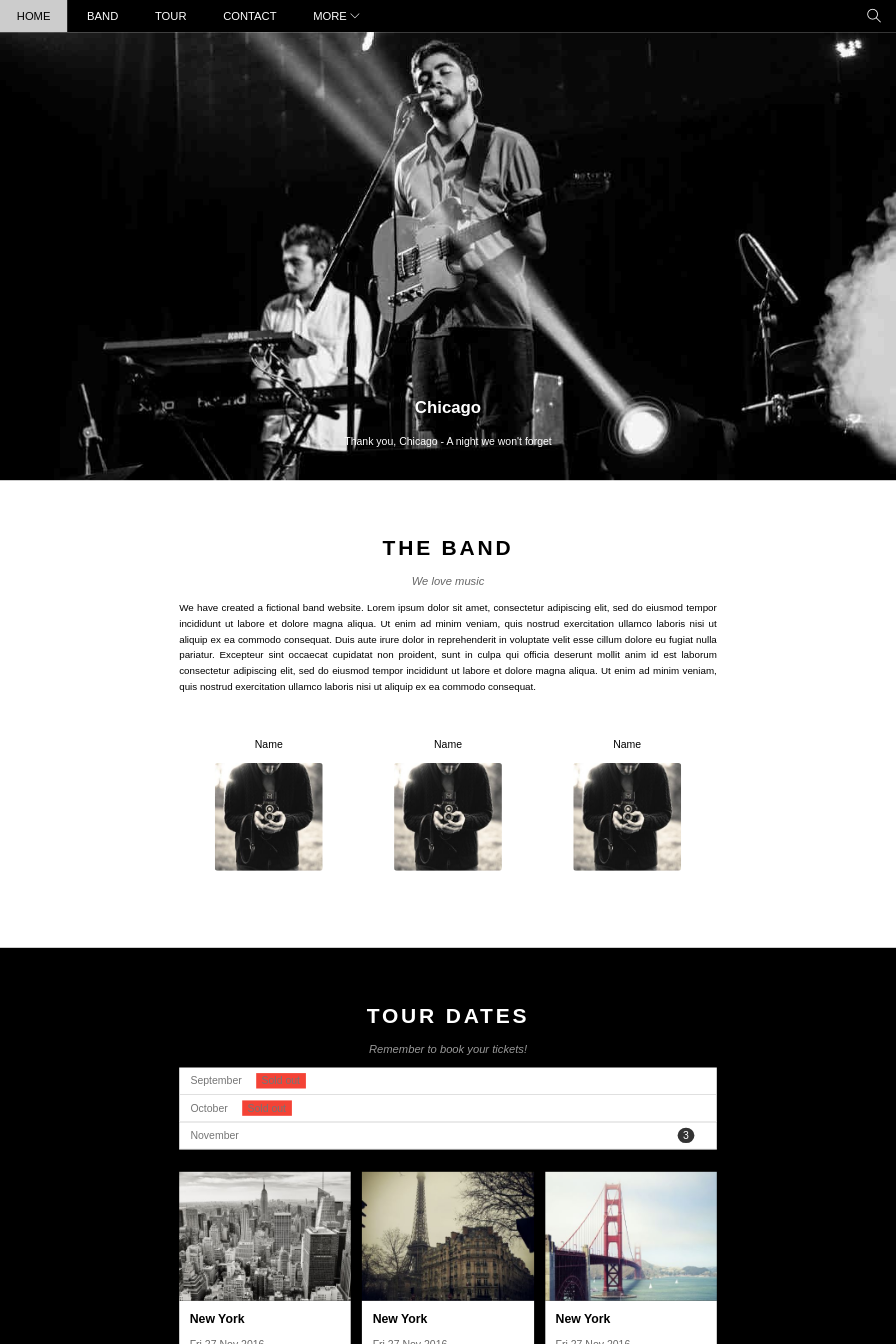
Repository: Bakyproit/the-Band
Page: index.html
These files come from the project's save history. The page is drawn as it stood at one moment and after a run of saves; the edit follows.
The browser window is 1280 px wide. The pictures show the part of the page from y = 0 to 1920 px (the page is 3522 px tall), at 70% of full size.

Above is the page before, as saved 2022-01-04 10:37:10.

### index.html
<!DOCTYPE html>
<html lang="en">
<head>
    <meta charset="UTF-8">
    <meta http-equiv="X-UA-Compatible" content="IE=edge">
    <meta name="viewport" content="width=device-width, initial-scale=1.0">
    <link rel="stylesheet" href="./assets/fonts/themify-icons/themify-icons.css">
    <link rel="stylesheet" href="./assets/css/style.css">
    <link rel="stylesheet" href="./assets/css/reponsive.css">
    <title>The-Band</title>
</head>
<body>

    <div id="main">
        <!-- begin header   -->
        <div id="header">
            <!-- Begin : Nav -->
            <ul id="nav">
                <li>
                    <a href="#">Home</a>
                </li>
                <li><a href="#band">Band</a></li>
                <li><a href="#tour">Tour</a></li>
                <li><a href="#contact">Contact</a></li>
                <li>
                    <a href="#">
                        More
                        <i class="nav-arrow-down ti-angle-down"></i>

                    </a>
                    <ul class="subnav">
                        <li><a href="#">Merchandise</a></li>
                        <li><a href="#">Extras</a></li>
                        <li><a href="#">Media</a></li>
                    </ul>
                </li>
            </ul>
            <!-- End : Nav -->
            <!-- Begin : Search button -->
            <div class="search-btn">
                <i class="search-icon ti-search"></i>
            </div>
            <div class="mobile-menu-btn" id='mobile-menu'>
                <i class="menu-icon ti-menu"></i>
            </div>
            <!-- End : Search button-->


        </div>
        <!-- end header     -->
        <!-- Begin slider== -->
        <div id="slider">
            <div class="text-content">
                <h2 class="text-heading">Chicago</h2>
                <div class="text-description">Thank you, Chicago - A night we won't forget</div>
            </div>

        </div>
        <!-- End slider    -->
        <!-- Begin content -->
        <div id="content">
        <!-- The- band -->
            <div id ="band" class="content-section">
                <h2 class="section-heading">THE BAND</h2>
                <p class="section-sub-heading">We love music</p>
                <p class="about-text">We have created a fictional band website. Lorem ipsum dolor sit amet, consectetur adipiscing elit, sed do eiusmod tempor incididunt ut labore et dolore magna aliqua. Ut enim ad minim veniam, quis nostrud exercitation ullamco laboris nisi ut aliquip ex ea commodo consequat. Duis aute irure dolor in reprehenderit in voluptate velit esse cillum dolore eu fugiat nulla pariatur. Excepteur sint occaecat cupidatat non proident, sunt in culpa qui officia deserunt mollit anim id est laborum consectetur adipiscing elit, sed do eiusmod tempor incididunt ut labore et dolore magna aliqua. Ut enim ad minim veniam, quis nostrud exercitation ullamco laboris nisi ut aliquip ex ea commodo consequat.</p>
                <div class="member-list">
                    <div class="col-third member-item">
                        <p class="member-name">Name</p>
                        <img src="/assets/img/bandmember.jpg" alt="" class="member-img">
                    </div>
                    <div class="col-third member-item">
                        <p class="member-name">Name</p>
                        <img src="/assets/img/bandmember.jpg" alt="" class="member-img">
                    </div>
                    <div class="col-third member-item">
                        <p class="member-name">Name</p>
                        <img src="/assets/img/bandmember.jpg" alt="" class="member-img">
                    </div>

                </div>

            </div>
        <!-- Tour -->
            <div id ="tour" class="tour-section">
                <div class="content-section ">
                    <h2 class="section-heading text-white">TOUR DATES</h2>
                    <p class="section-sub-heading text-white">Remember to book your tickets!</p>
                    <ul class="tickets-list">
                        <li>
                            September
                            <span class="sold-out">Sold out</span>
                        </li>
                        <li>
                            October
                            <span class="sold-out" >Sold out</span>
                        </li>
                        <li>
                            November
                            <span class="quantity" >3</span>
                        </li>
                    </ul>
                    <!-- places - list -->
                    <div class="places-list row">
                        <div class="places-item  col col-third">
                            <img src="/assets/img/play/play1.jpg" alt="" class="places-img">
                            <div class="places-content">
                                <h3 class="places-name">New York</h3>
                                <p class="places-time">Fri 27 Nov 2016</p>
                                <p class="places-title">Praesent tincidunt sed tellus ut rutrum sed vitae justo.</p>
                                <button  class="btn js-buy-tickets s-full-width">Buy tickets</button>
                            </div>
                        </div>
                        <div class="places-item  col col-third ">
                            <img src="/assets/img/play/play2.jpg" alt="" class="places-img">
                            <div class="places-content">
                                <h3 class="places-name">New York</h3>
                                <p class="places-time">Fri 27 Nov 2016</p>
                                <p class="places-title">Praesent tincidunt sed tellus ut rutrum sed vitae justo.</p>
                                <button  class="btn js-buy-tickets s-full-width">Buy tickets</button>
                            </div>
                        </div>
                        <div class="places-item  col col-third">
                            <img src="/assets/img/play/play3.jpg" alt="" class="places-img">
                            <div class="places-content">
                                <h3 class="places-name">New York</h3>
                                <p class="places-time">Fri 27 Nov 2016</p>
                                <p class="places-title">Praesent tincidunt sed tellus ut rutrum sed vitae justo.</p>
                                <button  class="btn js-buy-tickets s-full-width">Buy tickets</button>
                            </div>
                        </div>
                    </div>
                </div>
            </div>
        <!--    Contact -->
            <div id ="contact" class="content-section">
                <h2 class="section-heading ">CONTACT</h2>
                <p class="section-sub-heading ">Fan? Drop a note!</p>
                <!-- contact - content -->
                <div class="row contact-content">
                    <div class="col col-half s-col-full contact-info">
                        <p><i class="ti-location-pin"></i>Chicago, US</p>
                        <p><i class="ti-mobile"></i>Phone: <a href="tel:+00 151515">+00 151515</a></p>
                        <p><i class="ti-email"></i>Email: <a href="mailto:baky2311@gmail.com">baky2311@gmail.com</a></p>
                    </div>
                    <div class="col col-half s-col-full contact-form">
                        <form action="">
                            <div class="row flex contact-name-email">
                                <div class="col col-half s-col-full contact__input">
                                    <input type="text" name="" placeholder="Name" required id="" class="form-control">
                                </div>
                                <div class="col col-half s-col-full contact__input">
                                    <input type="email" name="" placeholder="Email" required  id="" class="form-control">
                                </div>
                            </div>

                            <div class="row ">
                                <div class="col col-full">
                                    <input type="text" name="" placeholder="Message" required id="" class="form-control">
                                </div>
                            </div>
                            <input type="submit" value="SEND" class="btn pull-right s-full-width">
                        </form>
                    </div>
                </div>
            </div>
        <!-- map -->
            <div class="map-section">
                <img src="./assets/img/map.jpg" alt="Map">
            </div>

        </div>
        <!-- End content -->
        <!-- Begin footer -->
        <div id="footer">
            <div class="social-list">
                <a href=""><i class="ti-facebook"></i></a>
                <a href=""><i class="ti-facebook"></i></a>
                <a href=""><i class="ti-facebook"></i></a>
                <a href=""><i class="ti-facebook"></i></a>
                <a href=""><i class="ti-facebook"></i></a>
                <a href=""><i class="ti-facebook"></i></a>
            </div>
            <p class="copy-right">Powered by <a href="">w3.css</a></p>
        </div>
        <!-- end-footer -->
        <!-- modal -->
        <div class="modal js-modal">
            <div class="modal-container js-modal-container">
                <div class="modal-close js-modal-close">
                    <i class="ti-close"></i>
                </div>
                <!-- header -->
                <header class="modal-header">
                    <i class="ti-bag"></i>
                    Tickets
                </header>
                <!-- body -->
                <div class="modal-body">
                    <label for="ticket-quantity" class="model-label">
                        <i class="ti-shopping-cart"></i>
                        Tickets, $15 per person
                    </label>
                    <input id="ticket-quantity" type="text" required class="modal-input" placeholder="Howmany ?">


                    <label for="ticket-email" class="model-label">
                        <i class="ti-user"></i>
                        Send To
                    </label>
                    <input id= "ticket-email" type="text" required class="modal-input" placeholder="Enter email ?">
                    <button class="buy-tickets">
                        Pay
                        <i class="ti-check"></i>
                    </button>
                </div>
                <footer class="modal-footer">
                    <p class="modal-help">Need <a href="">help?</a></p>
                </footer>
            </div>
        </div>
        <!-- end modal -->
        <!-- javascript -->
        <script>
            const buyBtns = document.querySelectorAll('.js-buy-tickets')
            const modal = document.querySelector('.js-modal')
            const modalClose = document.querySelector('.js-modal-close')
            const modalContainer =document.querySelector('.js-modal-container')
            function buyTickets(){
                modal.classList.add('open')
            }
            function hiddenBuyTickets(){
                modal.classList.remove('open')
            }


            for(const buyBtn of buyBtns){
                buyBtn.addEventListener('click' ,buyTickets )
            }
            modalClose.addEventListener('click' , hiddenBuyTickets)
            modal.addEventListener('click' , hiddenBuyTickets)
            modalContainer.addEventListener('click' , function (event){
                event.stopPropagation()
            })


            // dong mo menu
            var header = document.getElementById('header') ;
            var mobileMenu = document.getElementById('mobile-menu') ;
            var headerHeight = header.clientHeight ;
            mobileMenu.onclick= function(){
                // console.log(header.clientHeight);
                var isClosed = header.clientHeight === headerHeight ;
                if(isClosed){
                    header.style.height = 'auto' ;
                }else {
                    header.style.height = null ;
                }
            }
            //  tu dong dong khi chon menu
            var menuItems = document.querySelectorAll('#nav li a[href*="#"]') ;
            console.log(menuItems) ;
            for(var i = 0;i < menuItems.length ;i++) {
                var menuItem = menuItems[i] ;

                menuItem.onclick = function(event){
                    // kiem tra ae lien ke no
                    var isParentMenu = this.nextElementSibling &&
                            this.nextElementSibling.classList.contains('subnav') ;
                    if(isParentMenu){
                        event.preventDefault() ;
                    }else{
                        header.style.height = null ;
                    }
                }
            }

        </script>
        <!-- javascript -->
    </div>
</body>
</html>

<!-- hang row -->

### assets/css/style.css
/*
Reset css
*/
*{
    padding: 0;
    margin:  0;
    box-sizing: border-box;
}
html {
    font-family: Arial, Helvetica, sans-serif;
    scroll-behavior: smooth;
}
#main {

}
.text-white{
    color:#fff !important;
}
.btn{
    display: inline-block;
    text-decoration: none;
    padding: 8px 16px;
    color: #fff;
    background-color: #000;
    border : none  ;
    /* appearance: none; */
    -webkit-appearance: none;
}
.btn:hover{
    color: #000!important;
    background-color: #ccc!important;
    cursor: pointer;
}

.pull-right{
    float: right !important ;
}
.flex{
    display: flex;
    flex-wrap: wrap;
}

.row {
    margin-left: -8px;
    margin-right: -8px;
}
.col {
    padding-left: 8px;
    padding-right: 8px;
}
.col-third{
    width: 33.33333%;
}
.col-half{
    width: 50%;
}
.col-full{
    width: 100%;
}
/* =====header===== */
#header {
    height: 46px;
    background-color: #000;
    position: fixed;
    top : 0 ;
    right: 0;
    left : 0;
    z-index: 1;
}
#nav{
    display: inline-block;
}
#nav .subnav {
    list-style-type: none;
}
/* nav */
#nav > li{
    display: inline-block;
    position: relative;
}
#nav li a{
    display: inline-block;
    color : #fff ;
    text-decoration: none;
    line-height: 46px;
    padding: 0px 24px;
    text-transform: uppercase;
}
#nav > li:hover > a,
#nav .subnav li:hover a{
    color : #000 ;
    background-color: #ccc;
}
/*     subnav */
#nav .subnav{
    display: none;
    position: absolute;
    top:100% ;
    background-color: #fff;
    /* bong do */
    box-shadow: 0 0 10px rgba(0, 0, 0,0.5) ;
    min-width: 160px;
}
#nav li:hover .subnav {
    display: block ;
}

#nav .subnav  a{
    display:  block;
    color: #000;
    padding: 0 12px;
    line-height: 38px;
}
#nav .nav-arrow-down{
    font-size: 14px;
}
.mobile-menu-btn{
    position: absolute;
    top: 0;
    right: 0;
}
.mobile-menu-btn,
#header .search-btn{
    float: right;
    padding: 0 21px;
}

#header .search-btn:hover{
    cursor: pointer;
    background-color:#f44336 ;
}
#header .mobile-menu-btn:hover {
    background-color:#ccc ;
}
#header .mobile-menu-btn:hover .menu-icon{
    color: #000;
}
#header .menu-icon ,
#header .search-icon{
    color : #fff ;
    font-size: 20px;
    line-height: 46px;
}


/* ====end header=======                 */
/*      Begin slider                     */
#slider {
    margin-top: 46px;
    padding-top:50%;
    /* luon bang 50% chieu rong */
    background: url('/assets/img/slider/slider1.jpg') top center / cover no-repeat;
    position: relative;
}
#slider .text-content{
    position: absolute;
    bottom: 48px;
    left:50%;
    color:#fff ;
    transform: translateX(-50%);
    text-align: center;

}
#slider .text-heading{
    margin:  0 0 25px 0 ;
    font-weight: 500px;
    font-size: 24px;
}
#slider .text-description{
    font-size: 15px;
    text-shadow: 0 0 1 #000;
}
/*    End slider                     */
/*    Begin content                  */
#content {
    color : #000 ;
}
#content .content-section{
    width: 800px;
    max-width: 100%;
    margin-left: auto;
    margin-right: auto;
    padding: 64px 16px;

}
#content .section-heading{
    margin: 10px 0;
    font-size: 30px;
    text-align: center;
    font-weight: 400px;
    letter-spacing: 4px;
    line-height: 45px;
}
#content .section-sub-heading{
    margin:15px 0 ;
    text-align: center;
    font-style: italic;
    opacity: 0.6;
    line-height: 22px;
}
/*             About                   */
#content .about-text{
    margin: 15px 0 ;
    font-size: 14px;
    text-align: justify ;
    line-height: 1.6;

}
#content .member-list{
    padding: 32px 0 ;
    display: flex;
    flex-wrap: wrap;
    text-align: center;
}

#content  .member-name{
    margin: 15px 0;
    font-size: 15px;
    line-height: 22px;
}
#content  .member-img{
    margin-bottom: 10px;
    width: 154px;
    border-radius: 4px;
}

/*                   Tour                        */
.tour-section{
    background-color: black;
    color:#fff ;
}
.tour-section .tickets-list li{
    list-style: none;
    color: #757575;
    padding: 8px 16px;
    font-size: 15px;
    line-height: 22px;
    background-color: #fff;
    border-bottom: 1px solid #ddd;
}
.tour-section  .sold-out{
    display: inline-block;
    background-color: #f44336;
    padding: 0 8px;
    margin-left:16px;
}
.tour-section .quantity{
    display: inline-block;
    padding: 0 8px;
    margin-right: 16px;
    background-color: #333;
    color:#fff ;
    border-radius: 50%;
    float: right;
}

.places-list{
    display: flex;
    flex-wrap: wrap;
    color: #000;
    font-size: 15px;
    padding: 32px 0 ;
}
.places-item{
    margin-bottom: 16px;
}

.places-img{
    width: 100%;
    display: block;
}
.places-img:hover{
    opacity: 0.6;
}
.places-content{
    padding: 15px;
    line-height: 22px;
    background-color: #fff;
}
.places-name{
}
.places-time{
    margin-top: 15px ;
    opacity: 0.6;
}
.places-title{
    margin: 15px 0 ;
    line-height: 1.5;
}




/*                  contact            */

.contact-content{
    display: flex;
    flex-wrap: wrap;
    padding-bottom: 32px  ;
    padding-top: 32px;
}
.contact-info{
    font-size: 18px;
    line-height: 1.5;
}
.contact-info a{
    color: #174bce ;
}
.contact-info i[class*="ti-"]{
    display: inline-block;
    width: 30px;
}

.contact-form .form-control{
    font-size: 15px;
    padding: 10px ;
    border : 1px solid #ccc ;
    width: 100%;
    margin-bottom: 10px;
}
/*                      Map-section                        */
.map-section img {
    width: 100%;
}


/*                      end content                 */
/*                      Begin footer                */

#footer {
    padding: 64px 16px;
    text-align: center;
}
#footer .social-list{
    font-size: 24px;

}
#footer .social-list a {
    text-decoration: none;
    color: rgba(0, 0, 0,0.6);

}
#footer .social-list a:hover{
    color: rgba(0, 0, 0,0.4);
}
#footer .copy-right{
    margin: 15px  0 ;
    color: rgba(0, 0, 0,0.6);
}
#footer .copy-right a{
    color: rgba(0, 0, 0,0.6);
}
/*                         end footer                */
/*                         modal                   */
.modal{
    position: fixed;
    top:0;
    right: 0 ;
    bottom: 0;
    left: 0;
    background: rgba(0,0,0,0.4);
    align-items: center;
    justify-content: center;
    display: none;
}
.modal.open{
    display: flex;
}
.modal-container{
    background-color: #fff;
    width: 900px;
    min-height: 300px;
    position: relative;
    animation: modalFaceIn ease .6s;
}
.modal-close {
    position: absolute;
    top: 0;
    right: 0;
    padding: 8px 16px;
    line-height: 36px;
    color:#fff ;
}
.modal-close:hover{
    color:#000 ;
    background: #ccc;
    opacity: 0.6;
}
.modal-header{
    background-color: #009688;
    height: 130px;
    font-size: 30px ;
    color:#fff ;
    display: flex;
    align-items: center;
    justify-content: center;
    padding: 32px 16px;
}
.modal-header i {
    margin-right: 20px;
}
.modal-body{
    padding: 0 16px ;
    margin-top: 15px;
}
.model-label{
    display: block;
    font-size: 15px;
    color: #000;
    padding: 2.5px 0;

}
.modal-input {
    padding: 11.5px 8px;
    border : 1px solid #ccc ;
    width: 100%;
    margin: 15px 0;
}

.buy-tickets{
    background-color: #009688;
    padding:18.5px 16px;
    margin-bottom: 16px;
    width: 100%;
    font-size: 15px;
    border :0 ;
}

.buy-tickets:hover{
    color:#000 ;
    background: #ccc;
}


.modal-footer{
    display: inline-block;
    margin: 15px 0;
    padding: 2.5px 16px ;
    font-size: 15px;
    float: right;
}
.modal-footer .modal-help{
}
.modal-footer a{
    color :#2196F3 ;
}



@keyframes modalFaceIn{

    from{
        opacity: 0;
        transform: translateY(-140px);
    }
    to{
        opacity: 1;
        transform: translateY(0);
    }
}

### assets/css/reponsive.css


/* mobile */
@media (max-width:739px) {
    .s-full-width,
    .s-col-full{
        width: 100% !important ;
    }
    /* header */
    #header {
        overflow: hidden;
    }
    #header .search-btn{
        display: none;
    }
    #nav {
        display: block;
    }
    #nav > li{
        display: block;
    }
    #nav > li:first-child{
        display: inline-block;
    }
    #nav li a {
        display: block;
    }
    #nav .subnav{
        position: inherit;
        background-color: #333;
    }
    #nav .subnav  a{
        color:#fff ;
        padding: 5px 41px;
    }
    /* content */
    #content .member-item{
        width: 100%;
        margin-top: 30px;
    }
    #content  .member-img{
        width: 60%;
    }
    /* places */
    .places-list .places-item{
        width: 100%;
    }
    /* contact */
    .contact-info{
        width: 100%;
        margin-bottom: 16px;
    }
    .contact-name-email{
        margin-bottom: 10px;
    }

    /* .places-content .btn{
        width: 100%;
    } */
}

/* tablet */
@media (min-width:740px) and (max-width:1023px) {
    .mobile-menu-btn {
        display: none;
    }
}

/* PC */
@media (min-width:1024px) {
    .mobile-menu-btn {
        display: none;
    }
}

Loaded but not shown: assets/fonts/themify-icons/themify-icons.css (common file)

After the next 2 saves:
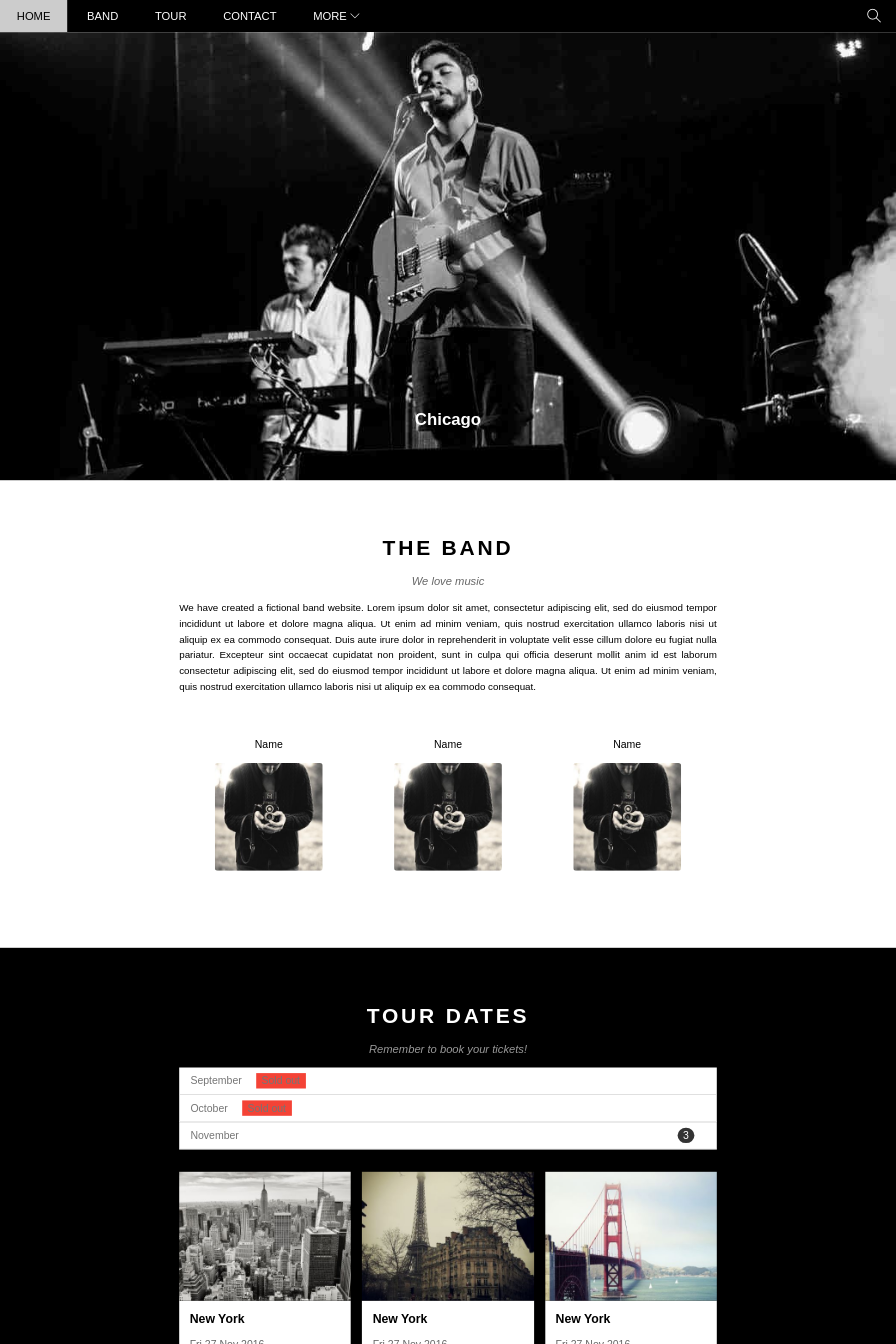
The 2 saves are shown as one change because they came seconds apart.
The last was saved 107 s later.
--- a/index.html
+++ b/index.html
@@ -52,7 +52,7 @@
         <div id="slider">
             <div class="text-content">
                 <h2 class="text-heading">Chicago</h2>
-                <div class="text-description">Thank you, Chicago - A night we won't forget</div>
+                <div class="text-description"><p></p></div>
             </div>
 
         </div>
